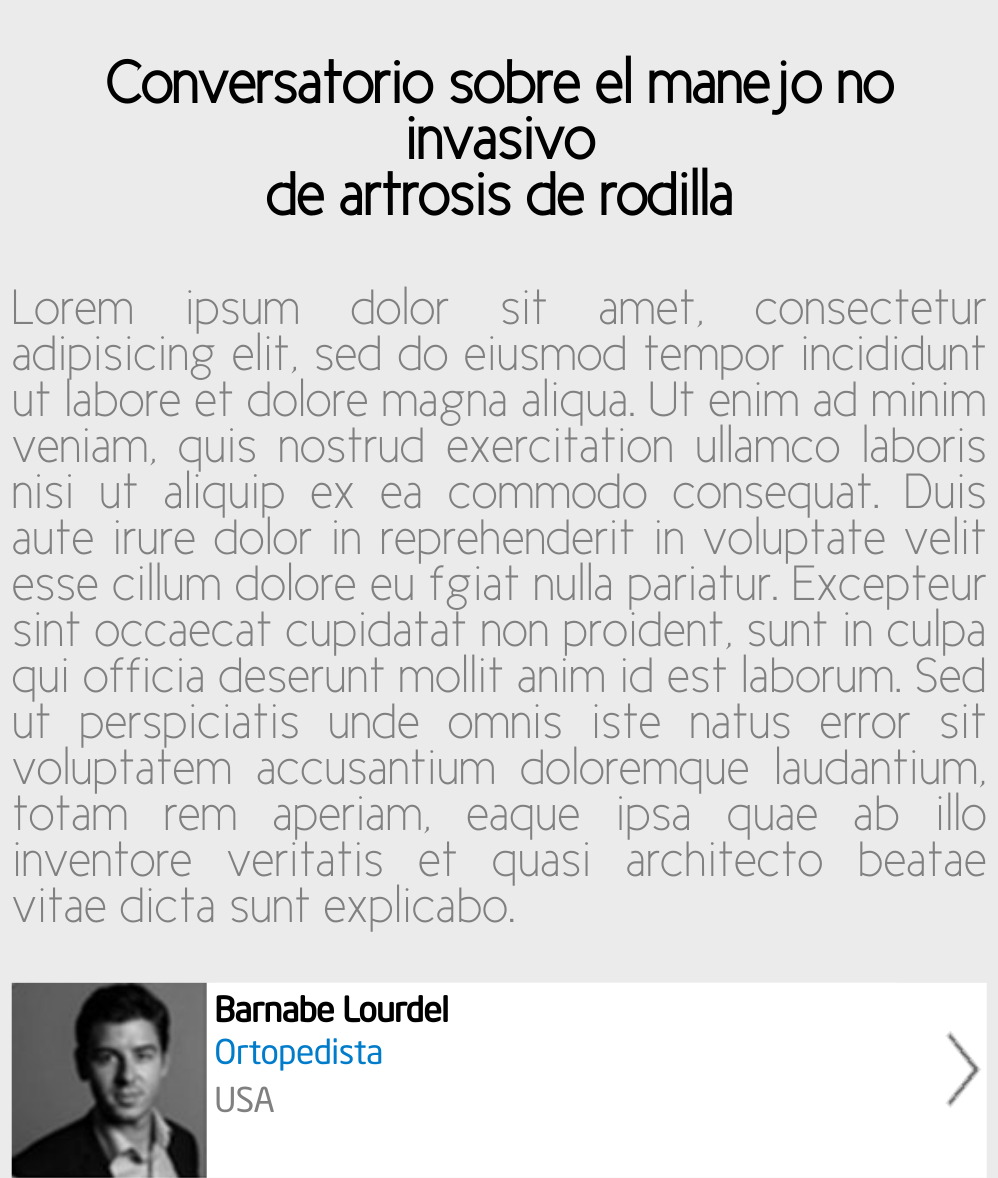
Repository: pacoigloo/Anexia
Page: home.html
The author's editor kept a record of every edit. The page is drawn from the files as they stood at one moment, then again after the next edit.
The browser window is 1280 px wide. The pictures show the whole page, at 78% of full size.

Above is the page before.

### home.html
<!doctype html>
<html>
<head>
    <meta charset="UTF-8">
    <meta name="viewport" content="width=device-width, initial-scale=1">
    <title>Anexia</title>
    <link rel="stylesheet" href="css/layout.css">
</head>
<body>
    <div id= "centralHome" class="centralRow">
    <h3>Conversatorio sobre el manejo no invasivo <br> de artrosis de rodilla</h3>
    <p>
        Lorem ipsum dolor sit amet, consectetur adipisicing elit,
        sed do eiusmod tempor incididunt ut labore et dolore magna aliqua.
        Ut enim ad minim veniam, quis nostrud exercitation ullamco laboris nisi ut aliquip ex ea commodo consequat.
        Duis aute irure dolor in reprehenderit in voluptate velit esse cillum dolore eu fgiat nulla pariatur.
        Excepteur sint occaecat cupidatat non proident, sunt in culpa qui officia deserunt mollit anim id est laborum.
        Sed ut perspiciatis unde omnis iste natus error sit voluptatem accusantium doloremque laudantium,
        totam rem aperiam, eaque ipsa quae ab illo inventore veritatis et quasi architecto beatae vitae dicta sunt explicabo.
    </p>
</div>
<a href="#/conferencista">
    <div id="btnContainer">
        <div id="btnUno" class="btn"><img class="imgDoc" src="img/img-barnabe.jpg"></img><div class="btnTexto"><p class="nombre">Barnabe Lourdel</p><p class="prof">Ortopedista</p> <p class="pais">USA</p></div><img class="imgFlecha" id="flechaDer" src="img/flecha-derecha.png"></img></div>
    </div>
</a>

### css/layout.css
@charset "UTF-8";
@font-face{
    font-family: 'NeoSans-Regular';
    src: url('../fonts/NeoSansIntel.ttf') format('truetype');
}

@font-face{
    font-family: 'NewCicle-Fina';
    src: url('../fonts/NewCicleFina.ttf') format('truetype');
}

body{
    margin: 0;
    font-family: 'NeoSans-Regular';
    overflow-x: hidden;
    background-color: #ebebeb;
}

#page-header{
    margin-top: 0;
    color: #fff;
    text-align: center;
    position: relative;
    width: 100%;
    background-image: url("../img/header-fondo.jpg");
    background-repeat: repeat-y;
    background-position: center top;
    background-attachment:fixed;
    background-size: 100%;
}
#page-header > img{
    position: absolute;
    left: 1vw;
    top: 20px;
    width: 7vw;
}

#page-header > h1{
    margin: 0;
    font-size: 12vw;
    font-weight: normal;
}

#page-header > h3{
    margin: 0;
    padding-top: 20px;
    font-size: 4.5vw;
    font-weight: normal;
}

#menu-flotante{
    background-color: rgb(42,42,42);
    background-color: rgba(42,42,42,0.95);
    position: absolute;
    min-height: 100%;
    height: auto;
    top: 0;
    width: 80vw;
    text-align: center;
    color: #fff;
    display: none;
    z-index: 12;
}

#menu-flotante > img{
    width: 15vw;
    margin-top: 5vh;
}

#menu-flotante > h4{
    font-size: 7vw;
    margin-top: 1vh;
    font-weight: normal;
}

#menu-flotante a{
    color: #fff;
    text-decoration: none;
    font-size: 6vw;
    font-family: 'NewCicle-Fina';
    z-index: 12;
}

#menu-flotante > div{
    padding: 2vw 0;
    border-top: 1px solid #444444;
    width: 85%;
    margin: 0 auto;
    text-align: left;
    z-index: 12;
}
#btnContainer{
    position:relative;
    background-color:white;
    margin-left:15px;
    margin-right:15px;
    /*width:94%;*/
}
#btnContainer > .btn{
    background-color:white;
    text-align:left;
    width:100%;
    cursor:pointer;
}
#btnContainer > .btn > .btnTexto{
    background-color:white;
    margin:0px;
    float:left;
    text-align:left;
    width:70%;
    cursor:pointer;
}
#btnContainer > .btn > .btnTexto> .nombre{
    font-size:3.4vw;
    margin-top:5px;
    margin-bottom:0px;
    font-weight:600;
    color: black;
}
#btnContainer > .btn > .btnTexto > .prof{
    font-size:3.4vw;
    font-weight:100;
    margin-top:0px;
    margin-bottom:0px;
    color: #007ccb;
}
#btnContainer > .btn > .btnTexto > .pais{
    font-size:3.4vw;
    font-weight:100;
    margin-top:8px;
    margin-bottom:5px;
    color: gray;
}
#calendario{
    overflow: auto;
    position:relative;
    float:left;
    top:0;
    bottom:0;
    height:70%;
}
#calendario li{
    margin: 0;
    padding: 0;
    height:15%;
}
#calendario ul{
    list-style-type: none;
    margin: 0;
    padding: 0;
}
#calendario button{
    background-color:#3F3F3F;
    color:#757575;
    border:0;
    font-family: 'NewCicle-Fina';
    font-size:3vw;
    height:24vw;
    width:20vw;
}

#jornadas{
    width:80%;
    float:right;
    position:relative;
}
#jornadas > div{
    border:30vw;
    padding:5%;
    padding-top:0;
}
#jornadas p{
    margin:3%;
    margin-left:7%;
    color:#8D8D8D;
}
#dia2, #dia3, #dia4, #dia5{
    display:none;
}
#jornadas #hora{
    color:#018BD4;
}
#contenT{
    font-size:3vw;
    background-color:white;
    padding:7%;
    overflow: auto;
}
#contenT p{
    margin:0;
}
#contenT #parrafo{
    position:relative;
    float:left;
}
#contenT #flecha{
    position:relative;
    float:right;
}
#contenT img{
    width:7%;
    height:7%;
}
#contenT #flecha{

    width:2%;
    height:5%;
}
#cover-menu{
    display: none;
    position: absolute;
    top: 0;
    z-index: 11;
    width: 100%;
    height: 100%;
}
/*Home*/
#centralHome {
    margin: 0px 15px 0px 15px;
}
#centralHome > h3{
    color: black;
    font-size:6vw;
    text-align : center;
    font-family: 'NewCicle-Fina';
}
#centralHome > p{
    font-size:5vw;
    font-weight:normal;
    color:gray;
    text-align:justify;
    font-family: 'NewCicle-Fina';
}
.imgDoc{
    background-color:white;
    margin-top:0px;
    margin-right:10px;
    width:20%;
    float:left;
}
.imgFlecha{
    background-color:white;
    float:right;
    margin-top:5%;
    margin-right:5px;
    width:4%;
}

#btnContainer > #btnUno{
    position:absolute;
    margin-bottom: 4vh;

}
/*Conferencista*/
.conferencista-header{
    background-color: #ffffff;
    border-bottom: 1px solid #b9b9b9;
    width: 100%;
    padding: 2vw;
    box-sizing: border-box;
}
.conferencista-header > img{
    width: auto;
    max-width: 30%;
}
.conferencista-header > div{
    display: inline-block;
    vertical-align: top;
    font-family: 'NewCicle-Fina';
    font-size: 4vw;
    max-width: 68%;
}
.conferencista-header > div > div{
    padding-left: 1vh;
    color: #007ccb;
}
.conferencista-header > div > div:first-of-type{
    padding: 1vh;
    font-weight: bold;
    color: #303030;
    font-size: 6vw;
}
.conferencista-header > div > div:last-of-type{
    padding-left: 1vh;
    padding-top: 1vh;
    color: #838383;
}
.conferencista-texto{
    margin: 1vh;
    padding: 3vh;
    border: 1px solid #dadada;
    box-sizing: border-box;
    text-align: justify;
    background-color: #fdfdfd;
    color: #454545;
    font-family: 'NewCicle-Fina';
    font-size: 6vw;
}
#conferencista-horario{
    margin: 1vh;
    border: 1px solid #dadada;
    box-sizing: border-box;
    background-color: #fdfdfd;
    color: #454545;
    font-family: 'NewCicle-Fina';
}
#horario-first{
    color: #007ccb;
    width: 90%;
    position: relative;
    margin: 0 auto;
    padding: 2vh 0;
    border-bottom: 1px solid #dbdbdb;
    font-size: 6vw;
}
#horario-first > img{
    width: auto;
    max-width: 6%;
}
#horario-first > div{
    display: inline-block;
}
#horario-first > div:last-of-type{
    float: right;
}
#horario-otro{
    margin: 2vh 4vh;
    font-size: 5vw;
    color: #838383;
}
#horario-otro > div:first-child{
    font-size: 6vw;
    font-weight: bold;
    color: #454545;
    padding-bottom: 1vh;
}
#imgTq{
    position:fixed;
    /*height:12%;*/
    width: auto;
    max-width: 30vw;
    bottom:0;
    right:0;
}
/*Sitios*/
#interContainer > h3{
    font-size:5vw;
    font-weight:100;
    margin-bottom:8px;
    text-align:center;
}

#interContainer > #mapContainer{
    position:relative;
    background-color:white;
    margin: 0px 15px 0px 15px;
    height:180px;
    width:92%;
    text-align:center;
}
#interContainer  > #mapContainer > div > #map{
    position:absolute;
    display: block;
    width:94%;
    height: 160px;
    padding:10px;
    /*margin: 4em auto;*/
    -moz-box-shadow: 0px 5px 20px #ccc;
    -webkit-box-shadow: 0px 5px 20px #ccc;
    box-shadow: 0px 5px 20px #ccc;
}


#inBtnContainer > table{
    margin-top: 15px;
    margin-left: 13px;
    border-collapse:separate;
    width:92%;
    text-align:center;
}

#inBtnContainer > table > tbody > tr > td{
    width:50%;
    cursor:pointer;
}

#inBtnContainer > table > tbody > tr > td > .tdIzq{
    padding:0px 8px 3px 0px;

}
#inBtnContainer > table > tbody > tr > td > .tdDer{
    padding:0px 0px 4px 8px;

}
#inBtnContainer > table > tbody > tr > td > img{
    width:100%;
}
/*Networking*/
#net-buscador{
    padding: 3vw;
    border-bottom: 1px solid #c6c6c6;
}
#net-buscador input{
    -webkit-border-radius: 4px;
    -moz-border-radius: 4px;
    border-radius: 4px;
    border: none;
    width: 100%;
    font-size: 5vw;
    color: #2b2b2b;
    text-align: center;
    padding: 1.5vw 0;
}
::-webkit-input-placeholder {
    color: #2b2b2b;
    background-image: url("../img/search.png");
    background-position: 25% 50%;
    background-repeat: no-repeat;
    background-size: 4%;
}
:-moz-placeholder { /* Firefox 18- */
    color: #2b2b2b;
    background-image: url("../img/search.png");
    background-position: 25% 50%;
    background-repeat: no-repeat;
    background-size: 4%;
}
::-moz-placeholder {  /* Firefox 19+ */
    color: #2b2b2b;
    background-image: url("../img/search.png");
    background-position: 25% 50%;
    background-repeat: no-repeat;
    background-size: 4%;
}
:-ms-input-placeholder {
    color: #2b2b2b;
    background-image: url("../img/search.png");
    background-position: 25% 50%;
    background-repeat: no-repeat;
    background-size: 4%;
}
.net-medico{
    background-color: #ffffff;
    margin: 3vw;
    position: relative;
    border-bottom: 1px solid #b9b9b9;
    font-family: 'NewCicle-Fina';
}
.net-medico > img:first-of-type{
    display: inline-block;
}
.net-medico > img:last-of-type{
    position: absolute;
    right: 1%;
    height: 30%;
    top: 37%;
}
.net-medico > div{
    display: inline-block;
    vertical-align: top;
    margin: 0 1vw;
}
.net-imagen{
    font-size: 6vw;
    margin-top: 2vw;
    font-weight: bold;
    color: #282828;
}
.net-especialidad{
    color: #007ccb;
    margin: 1vw 0;
    font-size: 5vw;
}
.net-pais{
    font-size: 5vw;
    color: #838383;
    margin: 3vw 0 2vw 0;
}
#net-medico1{
    cursor: pointer;
}
/*Detalle net medico*/
#detalle-contacto{
    margin: 1vh;
    margin-bottom: 10vh;
    padding: 3vh;
    border: 1px solid #dadada;
    box-sizing: border-box;
    text-align: justify;
    background-color: #fdfdfd;
    color: #454545;
    font-family: 'NewCicle-Fina';
    font-size: 6vw;
}
.detalle-metodo{
    position: relative;
}
.detalle-metodo:not(:first-child){
    padding: 2vh 0;
    border-top: 1px solid #dbdbdb;
}
.detalle-metodo:first-child{
    padding-bottom: 2vh;
}
.detalle-metodo > div{
    display: inline-block;
    padding-left: 5vw;
}
.detalle-metodo > img:last-of-type{
    position: absolute;
    height: 33%;
    top: 33%;
    right: 0;
}

After the next edit:
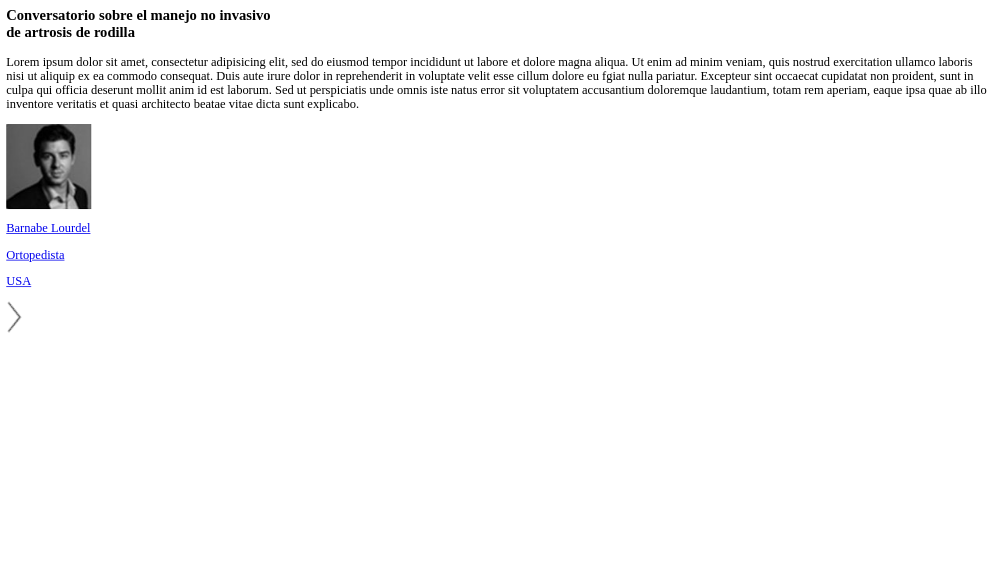
The edit:
--- a/home.html
+++ b/home.html
@@ -1,11 +1,4 @@
-<!doctype html>
-<html>
-<head>
-    <meta charset="UTF-8">
-    <meta name="viewport" content="width=device-width, initial-scale=1">
-    <title>Anexia</title>
-    <link rel="stylesheet" href="css/layout.css">
-</head>
+
 <body>
     <div id= "centralHome" class="centralRow">
     <h3>Conversatorio sobre el manejo no invasivo <br> de artrosis de rodilla</h3>
